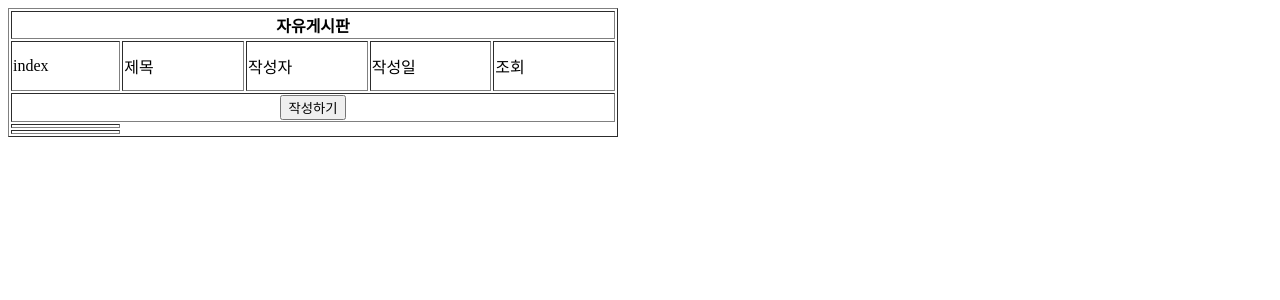
Repository: y2kim/workspace3
Page: http://localhost/WEB_MVC1_JSP_05_25/BorderList.jsp
The author's editor kept a copy of each file at every save. The page is drawn from the files as they stood at one save, then again after the next save.
The browser window is 1280 px wide. The pictures show the whole page.
The page is served by Tomcat 9. Other server files are loaded and not shown. Queries for data that is not in the repository find no rows.

Above is the page before, as saved 2018-06-04 06:54:22.

### WEB_MVC1_JSP_05_25/WebContent/BorderList.jsp
<%@page import="javax.servlet.jsp.tagext.TryCatchFinally"%>
<%@page import="java.util.ArrayList"%>
<%@page import="java.util.List"%>
<%@page import="bean.BorderInfos"%>
<%@page import="bean.BoradDAO"%>
<%@ page language="java" contentType="text/html; charset=UTF-8"
    pageEncoding="UTF-8"%>
<!DOCTYPE html>
<html>
<head>
<meta http-equiv="Content-Type" content="text/html; charset=UTF-8">
  <style>

  </style>
<title>Insert title here</title>

</head>
<body>
         <%
         	   int currentpage = 0;
         	   try{
               currentpage =Integer.parseInt(request.getParameter("currentPage"));
         	   }catch(Exception e){
         		  currentpage=0;
         	   }

               if(currentpage == 0){
            	   currentpage =1;
               }else{
            	   currentpage =Integer.parseInt(request.getParameter("currentPage"));
               }
                BoradDAO bdao = new BoradDAO();
         %>
<table border="1">
        <tr >
            <th colspan="5" width=600>자유게시판</th>
        </tr>
        <tr height=50>
            <td width=25>index</td>
            <td width=40>제목</td>
            <td width=40>작성자</td>
            <td width=40>작성일</td>
            <td width=40>조회</td>
        </tr>
        	<%
        	     int totalborde = bdao.allBoard();
           		 int pageSize = 3;

                  int max = pageSize * currentpage;
                  int min = max - pageSize ;
        	    List<BorderInfos> list = bdao.listBordercut(max, min);;
        	    for(int i=0;i<list.size();i++){
        	%>
		<tr>
			<td><%=list.get(i).getSeq()%></td>
			<td><a href="borde/list.jsp?list.get(i).getSeq()=<%=list.get(i).getSeq()%>"><%=list.get(i).getTitle()%></a></td>
			<td><%=list.get(i).getWriter()%></td>
			<td><%=list.get(i).getWritedate()%></td>
			<td><%=list.get(i).getViewcount()%></td>
		</tr>
        		<%} %>
        <tr>
            <td colspan="5" align="center">

            <input type="Button" value="작성하기" id="addtext">
            </td>
        </tr>
        <tr><td></td></tr>
        <tr><td style="align-content:center;" align="center"> <%=bdao.getPageNavi(currentpage)%> </td></tr>
    </table>

    <script>
      document.getElementById("addtext").onclick = function(){
        location.href="borde/addbordetitle.html";
       }

    </script>
</body>
</html>

### WEB_MVC1_JSP_05_25/src/bean/BoradDAO.java
package bean;

import java.sql.Connection;
import java.sql.DriverManager;
import java.sql.PreparedStatement;
import java.sql.ResultSet;
import java.util.ArrayList;
import java.util.List;

public class BoradDAO {

	public Connection dbConnect() throws Exception {
		Class.forName("oracle.jdbc.driver.OracleDriver");
		String DB_URL = "jdbc:oracle:thin:@127.0.0.1:1521:XE";
		String DB_USER = "kh";
		String DB_PASSWORD = "kh";

		return  DriverManager.getConnection(DB_URL, DB_USER, DB_PASSWORD);
	}

	public int insertBorder(BorderInfos bifs , int val) throws Exception {
		Connection cons = dbConnect();
		String sql = "insert into board values(?,?,?,?,sysdate,?,?)";
		PreparedStatement pst = cons.prepareStatement(sql);
		pst.setInt(1,val);
		pst.setString(2,bifs.getTitle());
		pst.setString(3,bifs.getContents());
		pst.setString(4,bifs.getWriter());
		pst.setInt(5,bifs.getViewcount());
		pst.setString(6,bifs.getIp());
		int result = pst.executeUpdate();
		cons.commit();
		pst.close();
		cons.close();
		return result;
	}

	public List<BorderInfos> listBorder() throws Exception{
		List<BorderInfos> list = new ArrayList<>();
		Connection cons = dbConnect();
		String sql = "select * from board ORDER BY seq desc";
		PreparedStatement pst = cons.prepareStatement(sql);
		ResultSet rs = pst.executeQuery();
		while(rs.next()) {
			BorderInfos bifs = new BorderInfos();
			bifs.setSeq(rs.getInt(1));
			bifs.setTitle(rs.getString(2));
			bifs.setContents(rs.getString(3));
			bifs.setWriter(rs.getString(4));
			bifs.setWritedate(rs.getDate(5));
			bifs.setViewcount(rs.getInt(6));
			bifs.setIp(rs.getString(7));

			list.add(bifs);
		}
		rs.close();
		pst.close();
		cons.close();
		return list;
	}

	public List<BorderInfos> listBordercut(int large, int small) throws Exception{
		List<BorderInfos> list = new ArrayList<>();
		Connection cons = dbConnect();
		String sql = "select * from (select b.*, rownum as rnum from ( select * from board b order by seq desc)b where rownum <=?)where  rnum >?";
		PreparedStatement pst = cons.prepareStatement(sql);
		pst.setInt(1,large);
		pst.setInt(2,small);
		ResultSet rs = pst.executeQuery();
		while(rs.next()) {
			BorderInfos bifs = new BorderInfos();
			bifs.setSeq(rs.getInt(1));
			bifs.setTitle(rs.getString(2));
			bifs.setContents(rs.getString(3));
			bifs.setWriter(rs.getString(4));
			bifs.setWritedate(rs.getDate(5));
			bifs.setViewcount(rs.getInt(6));
			bifs.setIp(rs.getString(7));

			list.add(bifs);
		}
		rs.close();
		pst.close();
		cons.close();
		return list;
	}

	public List<BorderInfos> showGetPage(int seq) throws Exception{
		List<BorderInfos> list = new ArrayList<>();
		Connection cons = dbConnect();
		String sql = "select * from board where seq = ?";
		PreparedStatement pst = cons.prepareStatement(sql);
		pst.setInt(1,seq);
		ResultSet rs = pst.executeQuery();
		while (rs.next()) {
			BorderInfos bifs = new BorderInfos();
			bifs.setSeq(rs.getInt(1));
			bifs.setTitle(rs.getString(2));
			bifs.setContents(rs.getString(3));
			bifs.setWriter(rs.getString(4));
			bifs.setWritedate(rs.getDate(5));
			bifs.setViewcount(rs.getInt(6));
			bifs.setIp(rs.getString(7));
			list.add(bifs);
		}
		rs.close();
		pst.close();
		cons.close();
		return list;
	}

	public int updateVisite(int seq) throws Exception {
		Connection cons = dbConnect();
		String sql = "update board set viewcount = viewcount+1  where seq = ?";
		PreparedStatement pst = cons.prepareStatement(sql);
		pst.setInt(1, seq);
		int result = pst.executeUpdate();
		cons.commit();
		pst.close();
		cons.close();
		return result;
	}

	public int deleteList(int seq) throws Exception{
		Connection cons = dbConnect();
		String sql = "delete from board where seq = ?";
		PreparedStatement pst = cons.prepareStatement(sql);
		System.out.println("abc");
		pst.setInt(1, seq);
		int result = pst.executeUpdate();
		System.out.println("123");
		cons.commit();
		pst.close();
		cons.close();
		return result;
	}

	public int updateBorde(BorderInfos bifs, int seq) throws Exception {
		Connection cons = dbConnect();
		String sql = "update board set title = ?, contents = ? , writedate = sysdate, ip = ?  where seq = ?";
		//update members set ISBLOCKED='y' where id = 'abcd';
		PreparedStatement pst = cons.prepareStatement(sql);
		pst.setString(1, bifs.getTitle());
		pst.setString(2, bifs.getContents());
		pst.setString(3, bifs.getIp());
		pst.setInt(4, seq);
		int result = pst.executeUpdate();
		cons.commit();
		pst.close();
		cons.close();
		return result;
	}

	public String ischk(int seq) throws Exception {
		Connection cons = dbConnect();
		String sql = "select writer from board where seq = ?";
		PreparedStatement pst = cons.prepareStatement(sql);
		pst.setInt(1,seq);
		ResultSet rs = pst.executeQuery();
		if(rs.next()) {
			String str = rs.getString(1);
			rs.close();
			pst.close();
			cons.close();
			return str;
		}else {
			rs.close();
			pst.close();
			cons.close();
			return null;
		}

	}


	public int allBoard() throws Exception{
		Connection cons = dbConnect();
		String sql = "select count(*) from board";
		PreparedStatement pst = cons.prepareStatement(sql);
		ResultSet rs = pst.executeQuery();
		if(rs.next()) {
			int result = rs.getInt(1);
			rs.close();
			pst.close();
			cons.close();
			return result;
		}else {
			rs.close();
			pst.close();
			cons.close();
			return 0;
		}
	}

	public String getPageNavi(int now) throws Exception {
		Connection cons = dbConnect();
		String sql = "select count(*) totalCount from board";
		PreparedStatement pst = cons.prepareStatement(sql);
		ResultSet rs = pst.executeQuery();
		rs.next();
		rs.getInt("totalCount");

		int recordTotalCount =  rs.getInt("totalCount"); //전체 글의 개수를 저장하는 변수
		int recordCountPerPage = 3; // 한 페이지에 게시글이 몇개 보일건지
		int naviCountPerPage = 3; //  한 페이지에서 내비게이터가 몇개씩 보일건지
		int pageTotalCount =0; // 전체가 몇페이지로 구성 될것인지

		if(recordTotalCount%recordCountPerPage >0) { //0 10d으로 나누어 떨어지지 않음
			pageTotalCount = recordTotalCount / recordCountPerPage +1 ;
		}else {
			pageTotalCount = recordTotalCount / recordCountPerPage;
		}
		//--------------------------------------
		int currentpage = now ; // 임의의 페이지
		if(currentpage < 1) {
			currentpage = 1;
		}else if(currentpage > pageTotalCount) {
			currentpage = pageTotalCount;
		}/// 현재 페이지가 비정상인지 검증하는 코드

		int startNavi = (currentpage-1) / naviCountPerPage * naviCountPerPage +1; /// 네비게이터가 시작하는 값    1- 10  11-20 21-30
		int endNavi = startNavi + naviCountPerPage -1 ; // 네비게이터 끝값

		if(endNavi > pageTotalCount) { // 검증코드
			endNavi = pageTotalCount;
		}
		System.out.println("현재페이지 :" + currentpage);
		System.out.println("네비게이터 시작 :" + startNavi);
		System.out.println("네비게이터 끝 : " + endNavi);
		System.out.println(" 페이지 토탈카운트" + pageTotalCount);
		boolean needPrev = true;
		boolean needNext = true;

		if(startNavi == 1) {
			needPrev = false;
		}
		if(endNavi == pageTotalCount ) {
			needNext = false;
		}
		StringBuilder sb = new StringBuilder(); /// ""   스트링풀  절약
		if(needPrev) {
			if(currentpage+naviCountPerPage>1) {
				sb.append("<a href=\"BorderList.jsp?currentPage="+(currentpage-naviCountPerPage)+"\">");
				sb.append("< ");
				sb.append("</a>");
			}else {
				sb.append("<a href=\"BorderList.jsp?currentPage="+(1)+"\">");
				sb.append("< ");
				sb.append("</a>");
			}

		}
		for(int i = startNavi;i<=endNavi;i++) {
			sb.append("<a href=\"BorderList.jsp?currentPage="+i+"\">");
			sb.append(i + " ");
			sb.append("</a>");
		}
		if(needNext) {
			if(currentpage+naviCountPerPage<=pageTotalCount) {
			sb.append("<a href=\"BorderList.jsp?currentPage="+(currentpage+naviCountPerPage)+"\">");
			sb.append(">");
			sb.append("</a>");
			}else {
				sb.append("<a href=\"BorderList.jsp?currentPage="+(pageTotalCount)+"\">");
				sb.append(">");
				sb.append("</a>");
			}
		}
		pst.close();
		rs.close();
		return sb.toString();
	}

	public void makeDummyDate() throws Exception { /// 좀있다 가져올것
		Connection cons = dbConnect();
		String sql = "insert into board values ()";
		PreparedStatement pst = cons.prepareStatement(sql);
		ResultSet rs = pst.executeQuery();

	}


    public int lastValue() throws Exception {
    	Connection cons = dbConnect();
    	String sql = "select * from (select seq from board ORDER BY seq desc) where rownum <=1";
    	//여러 사람이 동시에 쿼리 날리는 경우 위험
    	PreparedStatement pst = cons.prepareStatement(sql);
		ResultSet rs = pst.executeQuery();
		if(rs.next()) {
			int result = rs.getInt(1);
			rs.close();
			pst.close();
			cons.close();
			return result;
		}else {
			return 0;
		}
    }

	public int callNextSeq() throws Exception {
		Connection cons = dbConnect();
		String sql = "select bodka.nextval from dual";
		PreparedStatement pst = cons.prepareStatement(sql);
		ResultSet rs = pst.executeQuery();
		if(rs.next()) {
			int result = rs.getInt(1);
			rs.close();
			pst.close();
			cons.close();
			return result;
		}else {
			return 0;
		}
	}

}

After the next save:
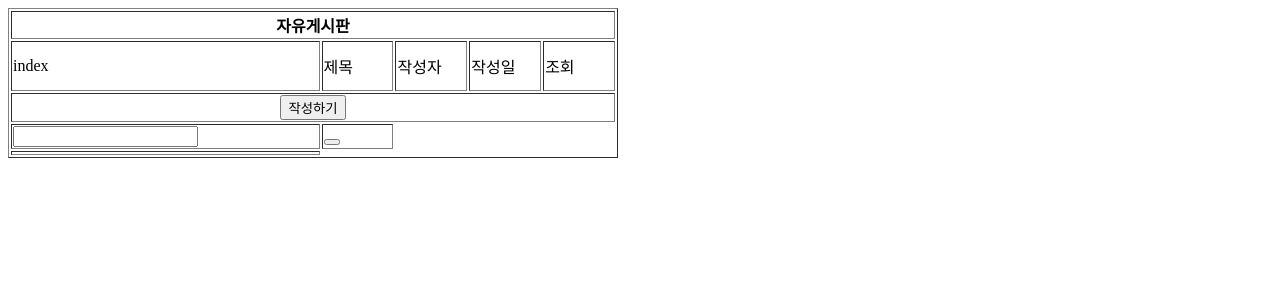
Saved 2 min 2 s later.
--- a/WEB_MVC1_JSP_05_25/WebContent/BorderList.jsp
+++ b/WEB_MVC1_JSP_05_25/WebContent/BorderList.jsp
@@ -65,7 +65,10 @@
             <input type="Button" value="작성하기" id="addtext">
             </td>
         </tr>
-        <tr><td></td></tr>
+        <tr>
+        <td><input type="text" name="search" id="search"></td>
+        <td><button type="button" id="search"></button></td>
+        </tr>
         <tr><td style="align-content:center;" align="center"> <%=bdao.getPageNavi(currentpage)%> </td></tr>
     </table>
 
